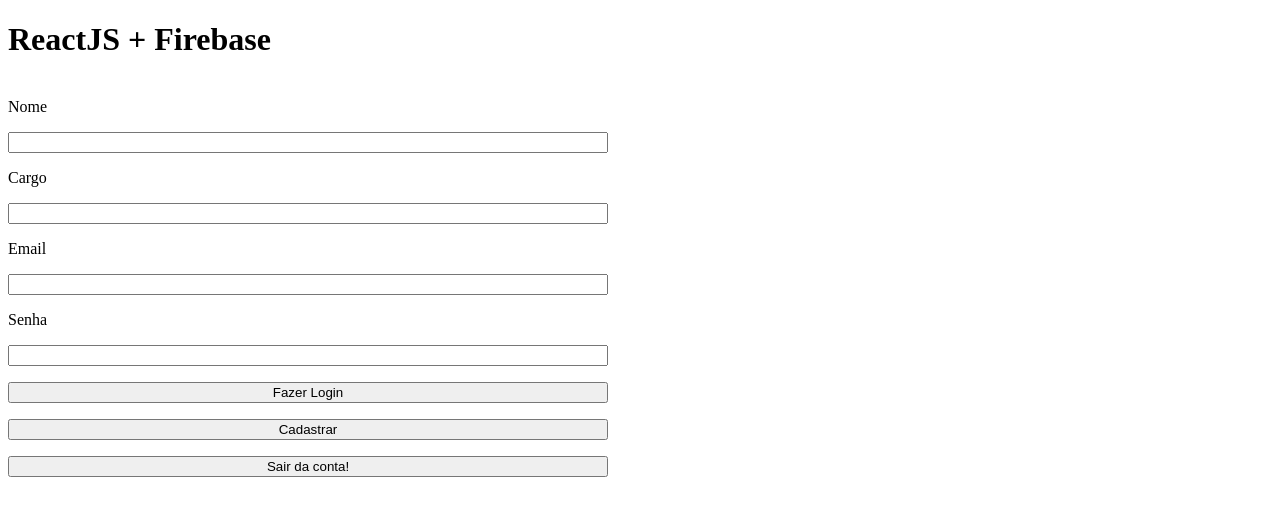
Repository: joaoaspimienta/Estudos-de-firebase
Page: /
The author's editor kept a copy of each file at every save. The page is drawn from the files as they stood at one save, then again after the next save.
The browser window is 1280 px wide. The pictures show the whole page.
The project was rebuilt for these pictures with package versions that can differ from the ones it lists, and the page was loaded fresh each time.

Above is the page before, as saved 2022-06-16 17:45:59.

After the next save:
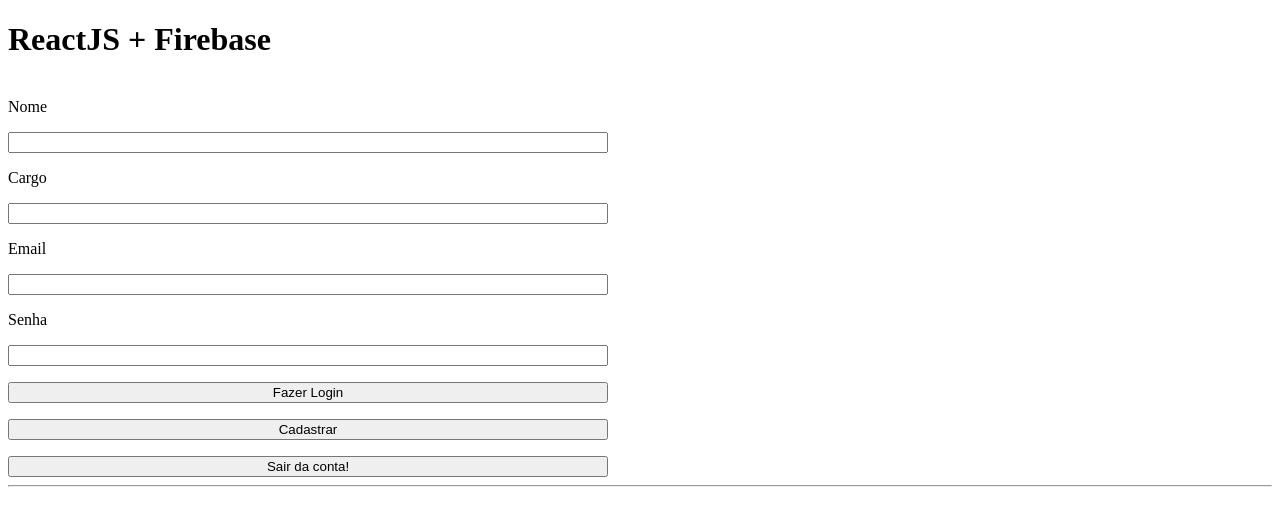
Saved 101 s later.
--- a/src/App.js
+++ b/src/App.js
@@ -100,9 +100,10 @@
         <button onClick={login}>Fazer Login</button>
         <button onClick={novoUsuario}>Cadastrar</button>
         <button onClick={logout}>Sair da conta!</button>
-
-        {Object.keys(user) > 0 && <div>{user.nome}</div>}
       </div>
+      <hr />
+      <br />
+      {Object.keys(user) > 0 && <div>{user.nome}</div>}
     </div>
   );
 }
